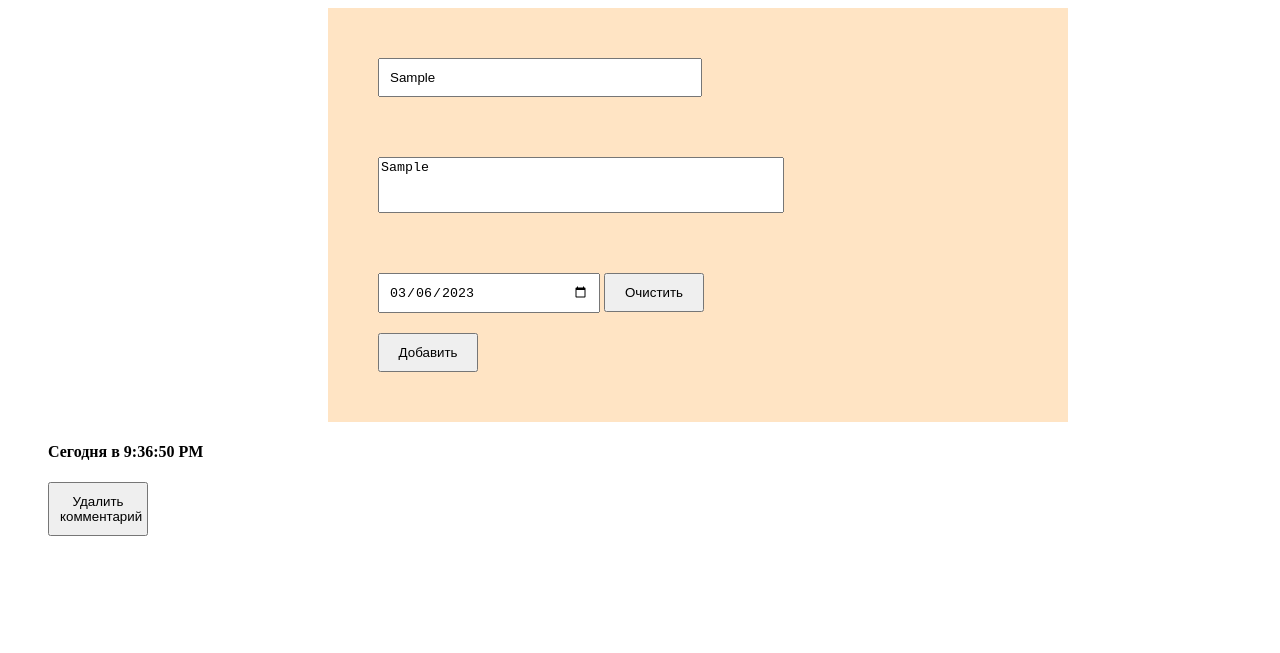
Repository: Grid-Master/commentList
Page: index.html
The author's editor kept a copy of each file at every save. The page is drawn from the files as they stood at one save, then again after the next save.
The browser window is 1280 px wide. The pictures show the whole page.
Empty fields were first filled with sample values (such as "Sample", 5 or name@example.com).
After loading, the first visible `form` was submitted once.

Above is the page before, as saved 2023-03-12 20:46:08.

### index.html
<!DOCTYPE html>
<html lang="en">
  <head>
    <meta charset="UTF-8" />
    <meta http-equiv="X-UA-Compatible" content="IE=edge" />
    <meta name="viewport" content="width=device-width, initial-scale=1.0" />
    <title>Comments</title>
    <style>
      form {
        width: 50vw;
        margin-left: 25vw;
        background-color: bisque;
        display: flex;
        flex-direction: column;
        padding: 50px;
      }

      input[type='text'] {
        width: 300px;
        padding: 10px;
        margin-bottom: 20px;
      }
      textarea {
        width: 400px;
        height: 50px;
        resize: none;
        margin-bottom: 20px;
      }

      input[type='date'] {
        width: 200px;
        padding: 9px;
        margin-bottom: 20px;
      }

      button {
        width: 100px;
        padding: 10px;
      }
    </style>
  </head>
  <body>
    <form onsubmit="addComment(); return false">
      <input id="name" type="text" placeholder="Введите имя" required />
      <h2 id="nameReq"></h2>
      <textarea id="comment" placeholder="Ваш комментарий..." required></textarea>
      <h2 id="commentReq"></h2>
      <div>
        <input type="date" id="date" />
        <button type="button" onclick="clearDate()">Очистить</button>
      </div>
      <button type="submit">Добавить</button>
    </form>
    <ul id="commentList"></ul>
    <script src="./script.js"></script>
  </body>
</html>

### script.js
let nameReq = document.getElementById('nameReq');
document.getElementById('date').valueAsDate = new Date();

function clearDate() {
  document.getElementById('date').valueAsDate = null;
}

// nameReq.addEventListener('change', () => {
//     if(nameReq.value == '') {

//     }
// })

let name = document.getElementById('name').value;
let comment = document.getElementById('comment').value;
let date = document.getElementById('date').valueAsDate;
let list = document.getElementById('commentList');

function addComment() {
  let nameEl = document.createElement('h3');
  let commentEl = document.createElement('p');
  let dateEl = document.createElement('h4');
  let deleteEl = document.createElement('button');
  let container = document.createElement('div');

  nameEl.innerHTML = name;
  commentEl.innerHTML = comment;
  deleteEl.textContent = 'Удалить комментарий';

  deleteEl.addEventListener('click', () => {
    deleteEl.parentElement.remove();
  });

  if (date.toLocaleDateString() == new Date().toLocaleDateString()) {
    dateEl.innerHTML = `Сегодня в ${new Date().toLocaleTimeString()}`;
    container.append(nameEl, commentEl, dateEl, deleteEl);
  } else if (date.toLocaleDateString() == new Date(Date.now() - 86400000).toLocaleDateString()) {
    dateEl.innerHTML = `Вчера в ${new Date().toLocaleTimeString()}`;
    container.append(nameEl, commentEl, dateEl, deleteEl);
  } else {
    dateEl.innerHTML = `${date.toLocaleDateString()} в ${new Date().toLocaleTimeString()}`;
    container.append(nameEl, commentEl, dateEl, deleteEl);
  }
  list.append(container);

  name = '';
  comment = '';
  date = null;
}

After the next save:
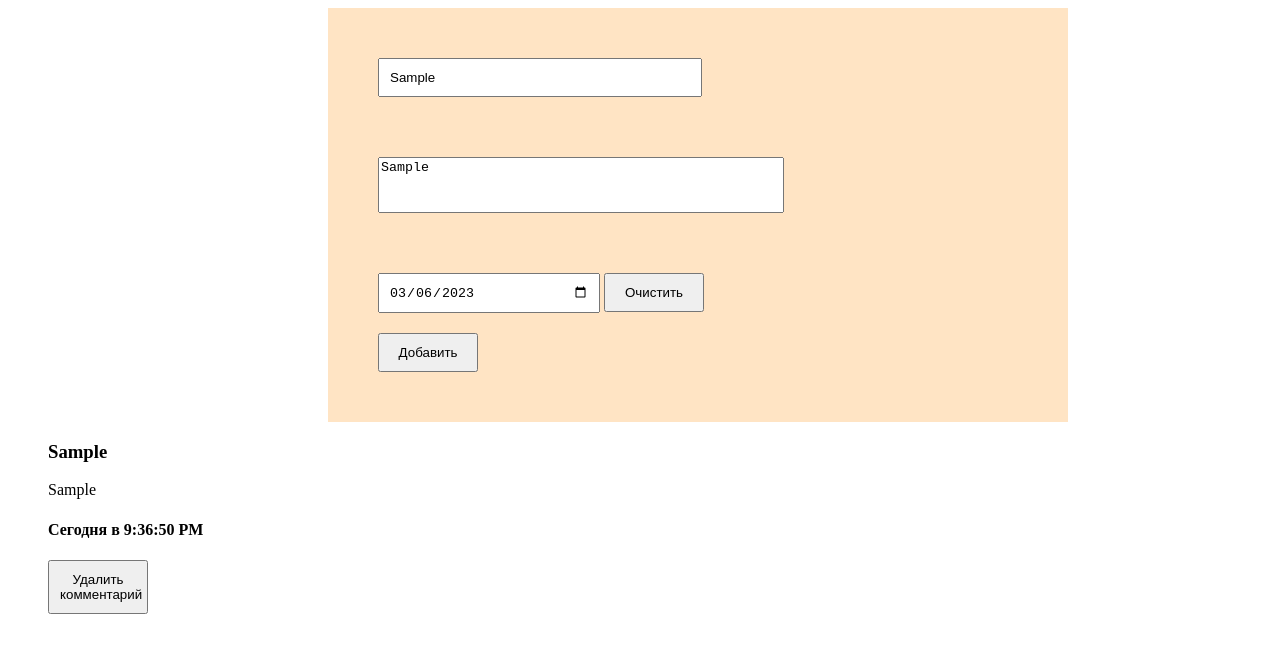
Saved 17 s later.
--- a/script.js
+++ b/script.js
@@ -11,12 +11,12 @@ function clearDate() {
 //     }
 // })
 
-let name = document.getElementById('name').value;
-let comment = document.getElementById('comment').value;
-let date = document.getElementById('date').valueAsDate;
-let list = document.getElementById('commentList');
+function addComment() {
+  let name = document.getElementById('name').value;
+  let comment = document.getElementById('comment').value;
+  let date = document.getElementById('date').valueAsDate;
+  let list = document.getElementById('commentList');
 
-function addComment() {
   let nameEl = document.createElement('h3');
   let commentEl = document.createElement('p');
   let dateEl = document.createElement('h4');
